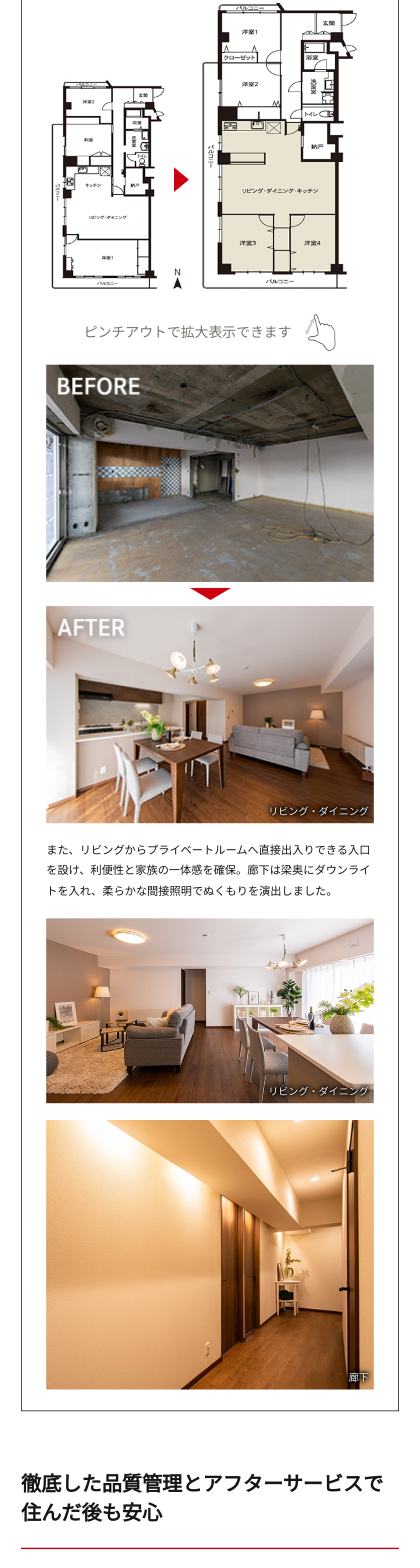
Repository: duongspm/group-kansai_new-data
Page: group-kansai_new/pickup/column07.html
An editor plug-in stored every save of this project. The page is shown before and after the next save, followed by the edit.
The browser window is 600 px wide. The pictures show the part of the page from y = 4260 to 6500 px (the page is 8556 px tall before and 8561 px after), at 70% of full size.

Above is the page before, as saved 2023-06-30 16:45:53.

After the next save:
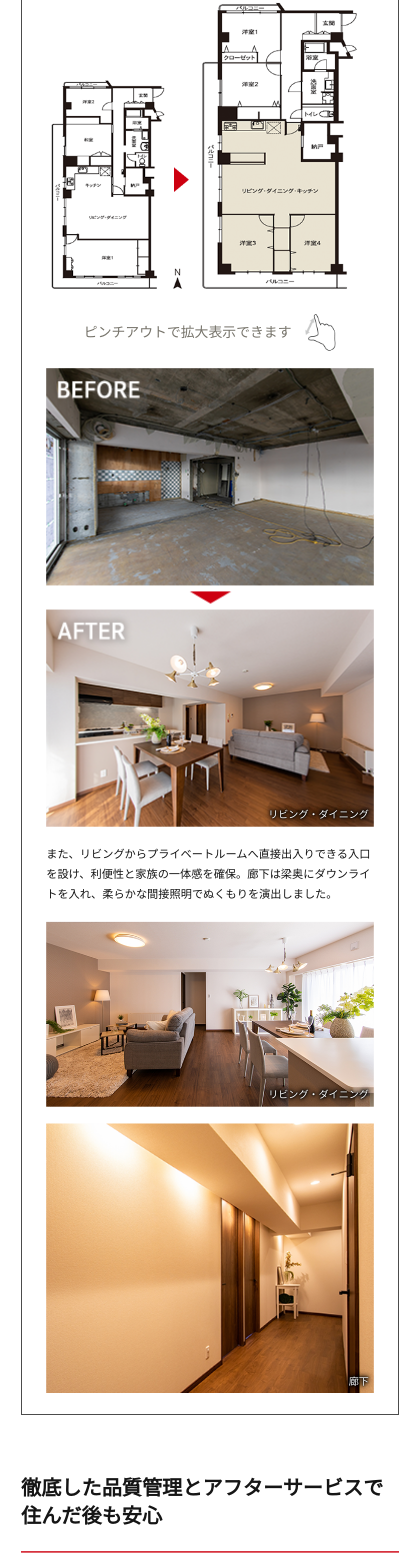
Saved 6 s later.
--- a/group-kansai_new/pickup/css/column.css
+++ b/group-kansai_new/pickup/css/column.css
@@ -268,6 +268,6 @@
         align-items: center;
     }
     .column07-zoom{
-        padding-bottom: 20px;
-    }
-}
+        padding-bottom: 25px;
+    }
+}
